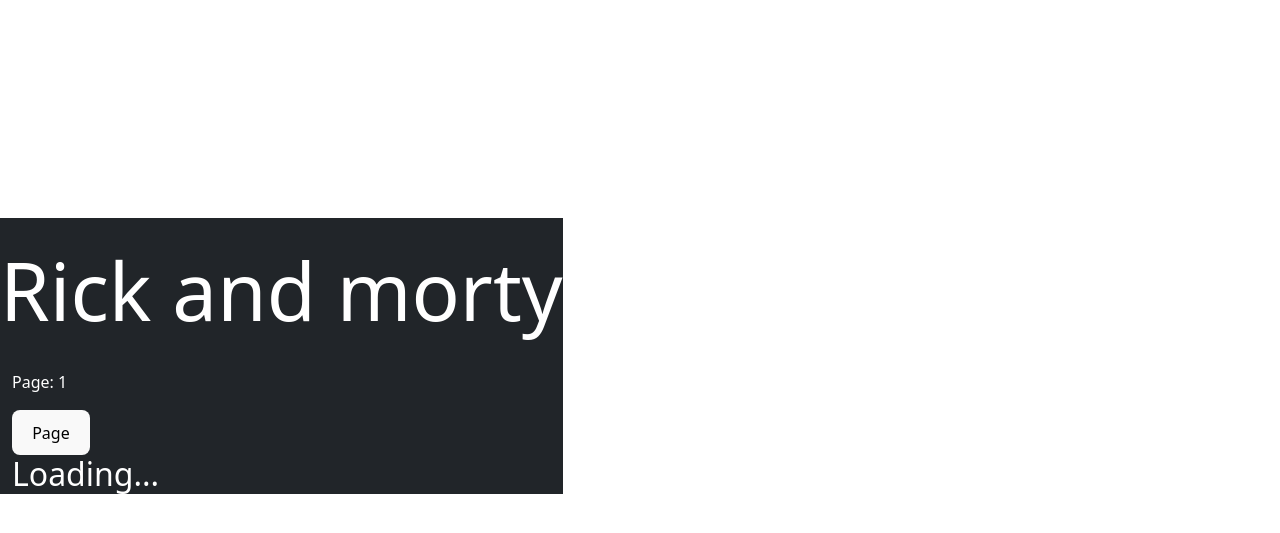
Repository: Ellisvelandia/react-rick-and-morty
Page: /
These files come from the project's save history. The page is drawn as it stood at one moment and after the next save; the edit follows.
The browser window is 1280 px wide. The pictures show the whole page.
The page's requests for data from a server got no answer. The project was rebuilt for these pictures with package versions that can differ from the ones it lists, and the page was loaded fresh each time. No one was signed in, and anything a server would have sent is missing. Also part of the build but not shown: vite.config.js, src/components/Character.jsx.

Above is the page before, as saved 2022-09-08 17:12:47.

After the next save:
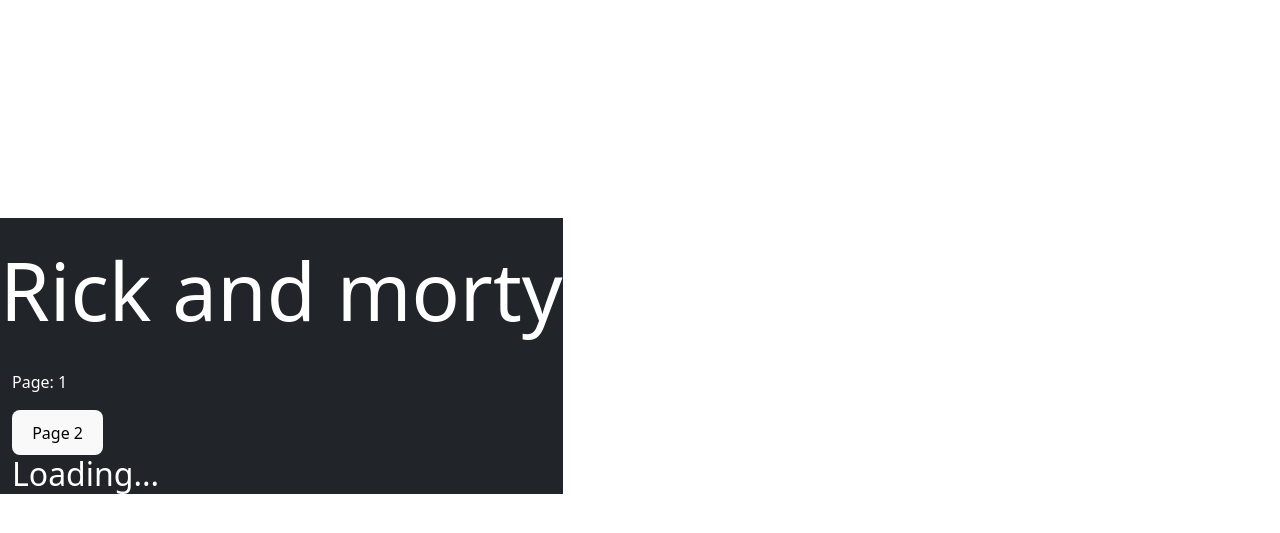
Saved 4 s later.
--- a/src/components/CharacterList.jsx
+++ b/src/components/CharacterList.jsx
@@ -5,8 +5,8 @@
   return (
     <header>
       <p>Page: 1</p>
-      <button>
-        Page
+      <button className="">
+        Page 2
       </button>
     </header>
   )
